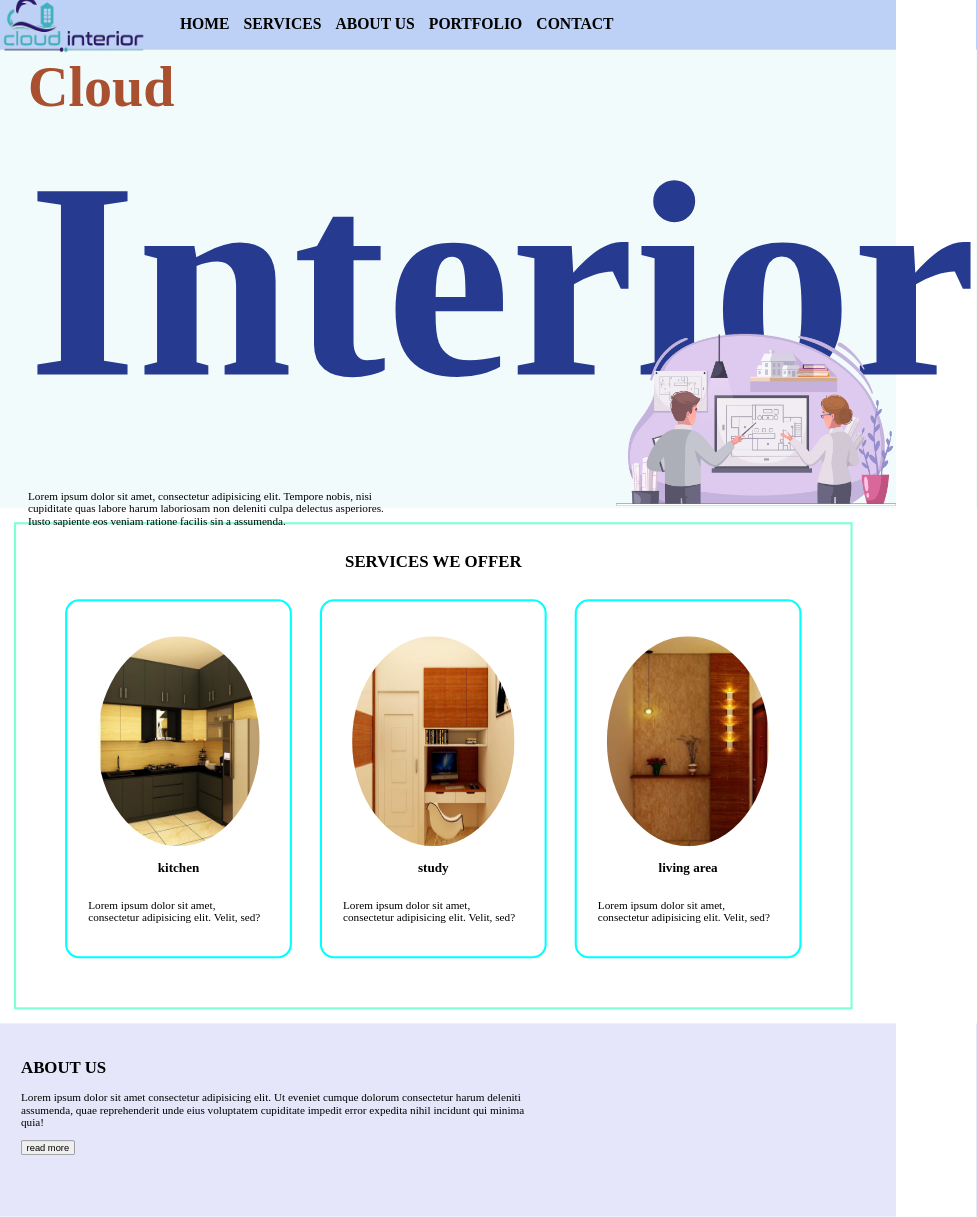
Repository: Ganavid/ganavidgowda.github.io
Page: cloud interior/‌index.html
These files come from the project's save history. The page is drawn as it stood at one moment and after the next save; the edit follows.
The browser window is 1280 px wide. The page is 1395 px wide, then 1280 px, so the pictures cover 1395 px, including what lies to the right of the window. The pictures show the whole page, at 70% of full size.

Above is the page before, as saved 2023-03-04 01:04:33.

After the next save:
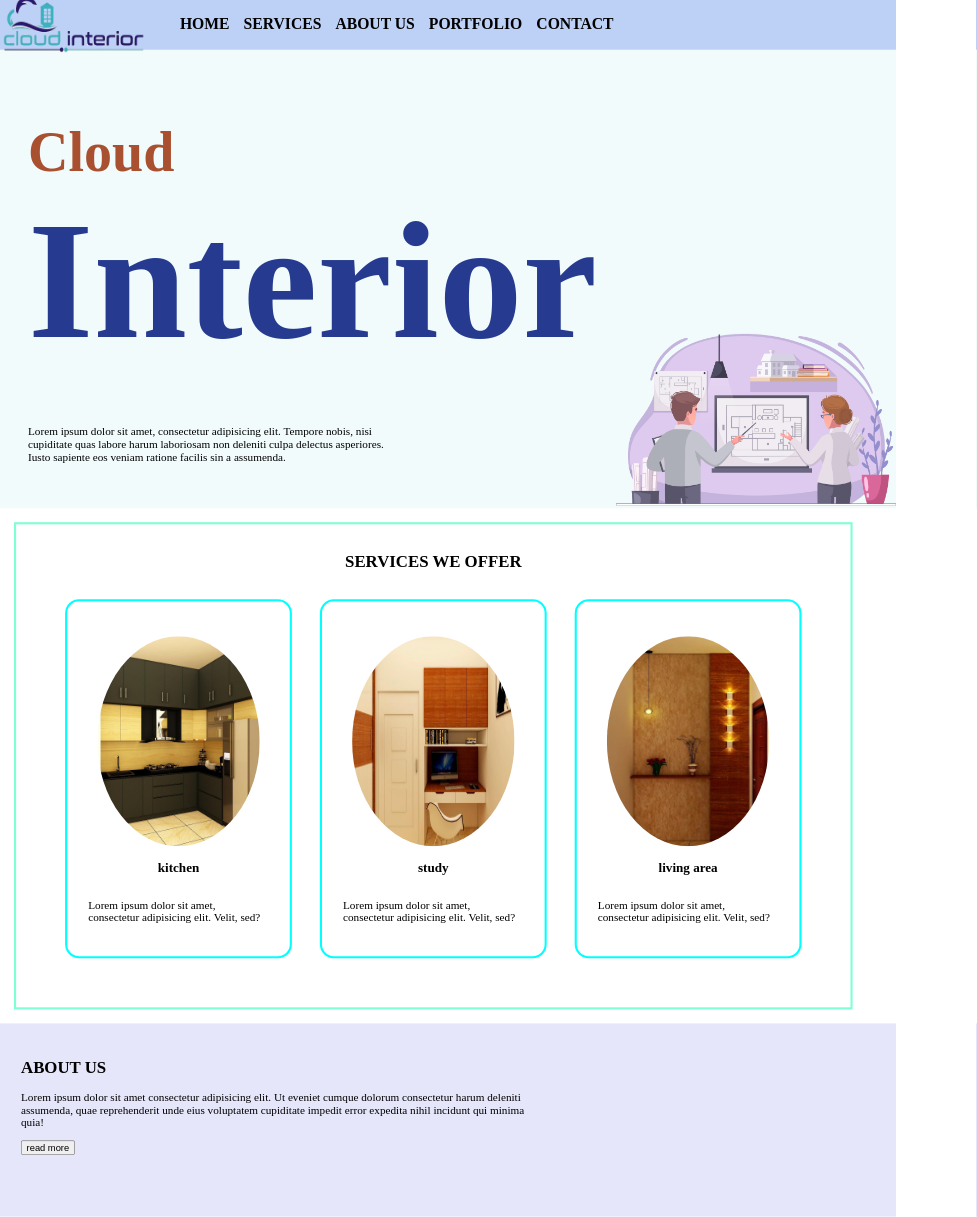
Saved 4 s later.
--- a/cloud interior/interial.css
+++ b/cloud interior/interial.css
@@ -80,7 +80,7 @@ nav{
 
 #subcontent h1 span{
     color: #263B8F;
-    font-size: 500%;
+    font-size: 300%;
 }
 
 #subcntimg{
